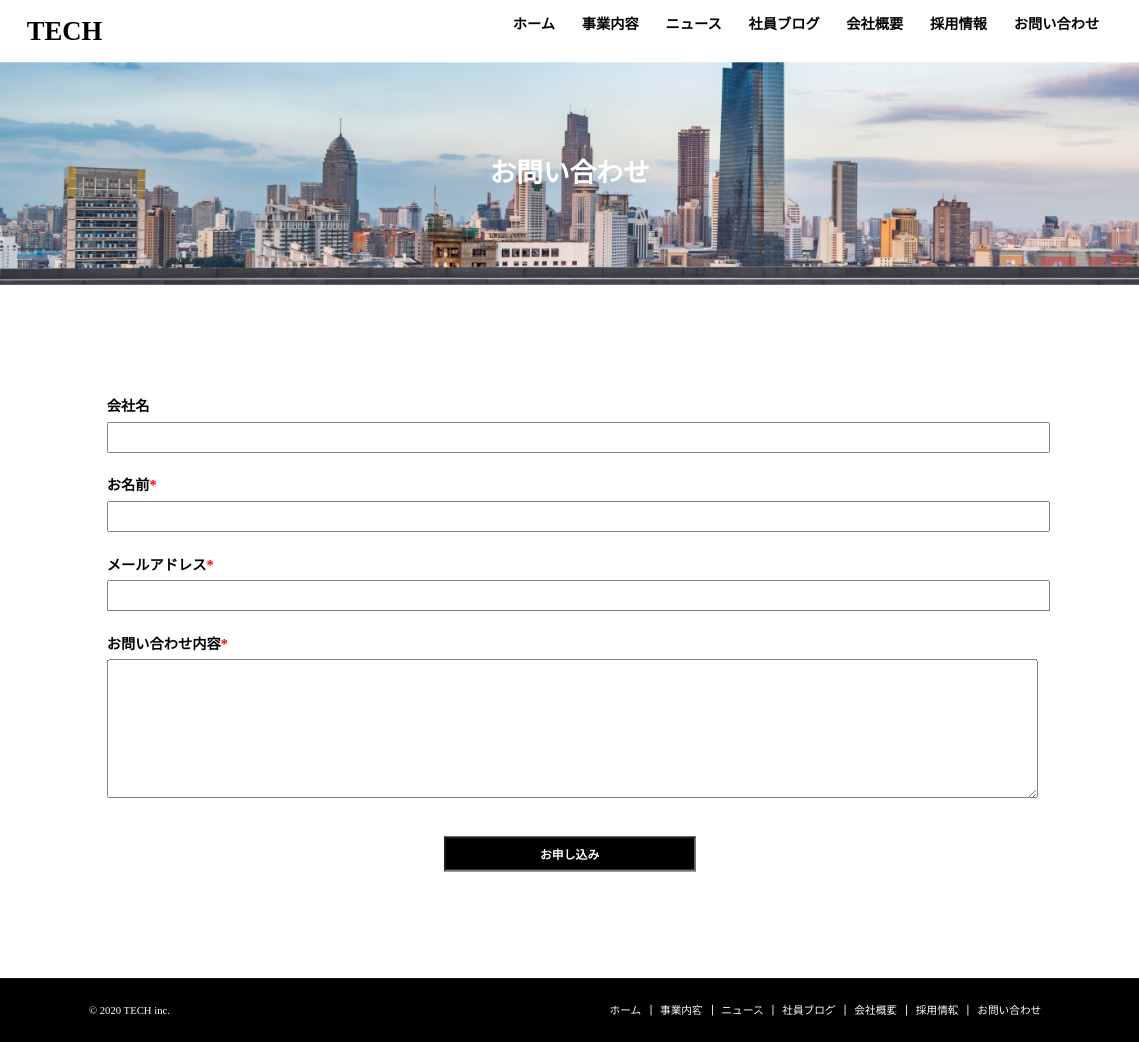
Repository: masanarimiura/20220516_miura
Page: contact.html
These files come from the project's save history. The page is drawn as it stood at one moment and after a run of saves; the edit follows.
The browser window is 1280 px wide. The pictures show the whole page, at 89% of full size.

Above is the page before, as saved 2022-05-14 01:58:28.

### contact.html
<!DOCTYPE html>
<html lang="ja">

<head>
  <meta charset="UTF-8">
  <meta http-equiv="X-UA-Compatible" content="IE=edge">
  <meta name="viewport" content="width=device-width, initial-scale=1.0">
  <title>Document</title>
  <link rel="stylesheet" href="css/reset.css">
  <link rel="stylesheet" href="css/contact.css">
</head>

<body>

  <header class="header">
    <h2 class="header__ttl"><a href="index.html">TECH</a></h2>
    <nav class="header__nav">
      <ul>
        <li><a href="index.html" class="header__nav__item1">ホーム</a></li>
        <li><a href="service.html" class="header__nav__item2">事業内容</a></li>
        <li><a href="news.html" class="header__nav__item3">ニュース</a></li>
        <li><a href="blog.html" class="header__nav__item4">社員ブログ</a></li>
        <li><a href="company.html" class="header__nav__item5">会社概要</a></li>
        <li><a href="recruit.html" class="header__nav__item6">採用情報</a></li>
        <li><a href="contact.html" class="header__nav__item7">お問い合わせ</a></li>
      </ul>
    </nav>
  </header>

  <div class="eyecatch">
    <h2 class="eyecatch__ttl">お問い合わせ</h2>
  </div>

  <div class="form">
    <form action="" class="" method="post">
      <div class="form-item">
        <p class="form-item-label">会社名</p>
        <input type="text" name="company" class="form-item-input">
      </div>
      <div class="form-item">
        <p class="form-item-label">お名前<span>*</span></p>
        <input type="text" name="name" class="form-item-input">
      </div>
      <div class="form-item">
        <p class="form-item-label">メールアドレス<span>*</span></p>
        <input type="text" name="email" class="form-item-input">
      </div>
      <div class="form-item">
        <p class="form-item-label">お問い合わせ内容<span>*</span></p>
        <textarea name="" class="textarea" cols="" rows="10"></textarea>
      </div>
      <input type="text" class="form-btn" value="お申し込み">
    </form>
  </div>

  <footer class="footer">
    <div class="footer__copy">&copy; 2020 TECH inc.</div>
    <ul class="footer__nav">
      <li><a href="index.html" class="footer__nav__item">ホーム</a></li>
      <li><a href="service.html" class="footer__nav__item">事業内容</a></li>
      <li><a href="news.html" class="footer__nav__item">ニュース</a></li>
      <li><a href="blog.html" class="footer__nav__item">社員ブログ</a></li>
      <li><a href="company.html" class="footer__nav__item">会社概要</a></li>
      <li><a href="recruit.html" class="footer__nav__item">採用情報</a></li>
      <li><a href="contact.html" class="footer__nav__item nonborder">お問い合わせ</a></li>
    </ul>
  </footer>

  <script src="js/main.js"></script>
</body>

</html>

### css/reset.css
/*
html5doctor.com Reset Stylesheet
v1.6.1
Last Updated: 2010-09-17
Author: Richard Clark - http://richclarkdesign.com
Twitter: @rich_clark
*/
html,
body,
div,
span,
object,
iframe,
h1,
h2,
h3,
h4,
h5,
h6,
p,
blockquote,
pre,
abbr,
address,
cite,
code,
del,
dfn,
em,
img,
ins,
kbd,
q,
samp,
small,
strong,
sub,
sup,
var,
b,
i,
dl,
dt,
dd,
ol,
ul,
li,
fieldset,
form,
label,
legend,
table,
caption,
tbody,
tfoot,
thead,
tr,
th,
td,
article,
aside,
canvas,
details,
figcaption,
figure,
footer,
header,
hgroup,
menu,
nav,
section,
summary,
time,
mark,
audio,
video {
  margin: 0;
  padding: 0;
  border: 0;
  outline: 0;
  font-size: 100%;
  vertical-align: baseline;
  background: transparent;
}

body {
  line-height: 1;
}

article,
aside,
details,
figcaption,
figure,
footer,
header,
hgroup,
menu,
nav,
section {
  display: block;
}

nav ul {
  list-style: none;
}

blockquote,
q {
  quotes: none;
}

blockquote:before,
blockquote:after,
q:before,
q:after {
  content: "";
  content: none;
}

a {
  margin: 0;
  padding: 0;
  font-size: 100%;
  vertical-align: baseline;
  background: transparent;
}

/* change colours to suit your needs */
ins {
  background-color: #ff9;
  color: #000;
  text-decoration: none;
}

/* change colours to suit your needs */
mark {
  background-color: #ff9;
  color: #000;
  font-style: italic;
  font-weight: bold;
}

del {
  text-decoration: line-through;
}

abbr[title],
dfn[title] {
  border-bottom: 1px dotted;
  cursor: help;
}

table {
  border-collapse: collapse;
  border-spacing: 0;
}

/* change border colour to suit your needs */
hr {
  display: block;
  height: 1px;
  border: 0;
  border-top: 1px solid #cccccc;
  margin: 1em 0;
  padding: 0;
}

input,
select {
  vertical-align: middle;
}

### css/contact.css
h2 {
  font-size: 30px;
  font-weight: bold;
}
h3 {
  font-size: 20px;
  font-weight: bold;
  line-height: 1.5;
}
a {
  text-decoration: none;
}
p {
  line-height: 1.5;
}
.button {
  display: block;
  text-align: center;
  color: #fff;
  font-size: 18px;
  font-weight: bold;
  background-color: rgb(160, 5, 5);
  width: 350px;
  padding: 12px;
}

.header {
  display: flex;
  justify-content: space-between;
  text-align: center;
  padding: 20px 30px;
  position: sticky;
  top: 0;
  background-color: #fff;
  z-index: 1;
}
.header__ttl a {
  color: #000;
}
.header__nav ul {
  display: flex;
  justify-content: space-between;
}
.header__nav ul li {
  padding: 0 15px;
  font-size: 16px;
  font-weight: bold;
}
.header__nav ul li a {
  color: #000;
}

.eyecatch {
  background: url(../img/mv.png) center/cover;
  height: 250px;
  display: flex;
  justify-content: center;
  align-items: center;
}
.eyecatch__ttl {
  color: #fff;
}

.form {
  margin: 120px;
}
.from-itme {
  width: 100%;
}
.form-item-label {
  font-weight: bold;
  padding: 5px 0;
}
.form-item-label span {
  color: red;
}
.form-item-input {
  width: 100%;
  margin-bottom: 20px;
  padding: 8px;
}
.textarea {
  width: 100%;
}
.form-btn {
  margin: 40px auto;
  display: flex;
  justify-content: center;
  text-align: center;
  padding: 10px 50px;
  background: #000;
  color: #fff;
  font-weight: bold;
}

.contact {
  margin-top: 80px;
  background: rgb(233, 233, 233);
  height: 300px;
  display: flex;
  justify-content: center;
  align-items: center;
}
.contact__inner {
  text-align: center;
}
.contact__txt {
  margin-top: 50px;
}
.contact__link {
  margin: 30px auto 0;
}

.footer {
  background: #000;
  display: flex;
  align-items: center;
  justify-content: space-between;
  padding: 20px 100px;
}
.footer__copy {
  font-size: 12px;
  color: #fff;
}
.footer__nav {
  display: flex;
}
.footer__nav__item {
  display: inline-block;
  margin: 10px 0;
  color: #fff;
  font-size: 12px;
  padding: 0 10px;
  border-right: #fff 1px solid;
}
.nonborder {
  border: none;
}

Loaded but not shown: js/main.js (no copy from this time; the picture is the same without it)

After the next 2 saves:
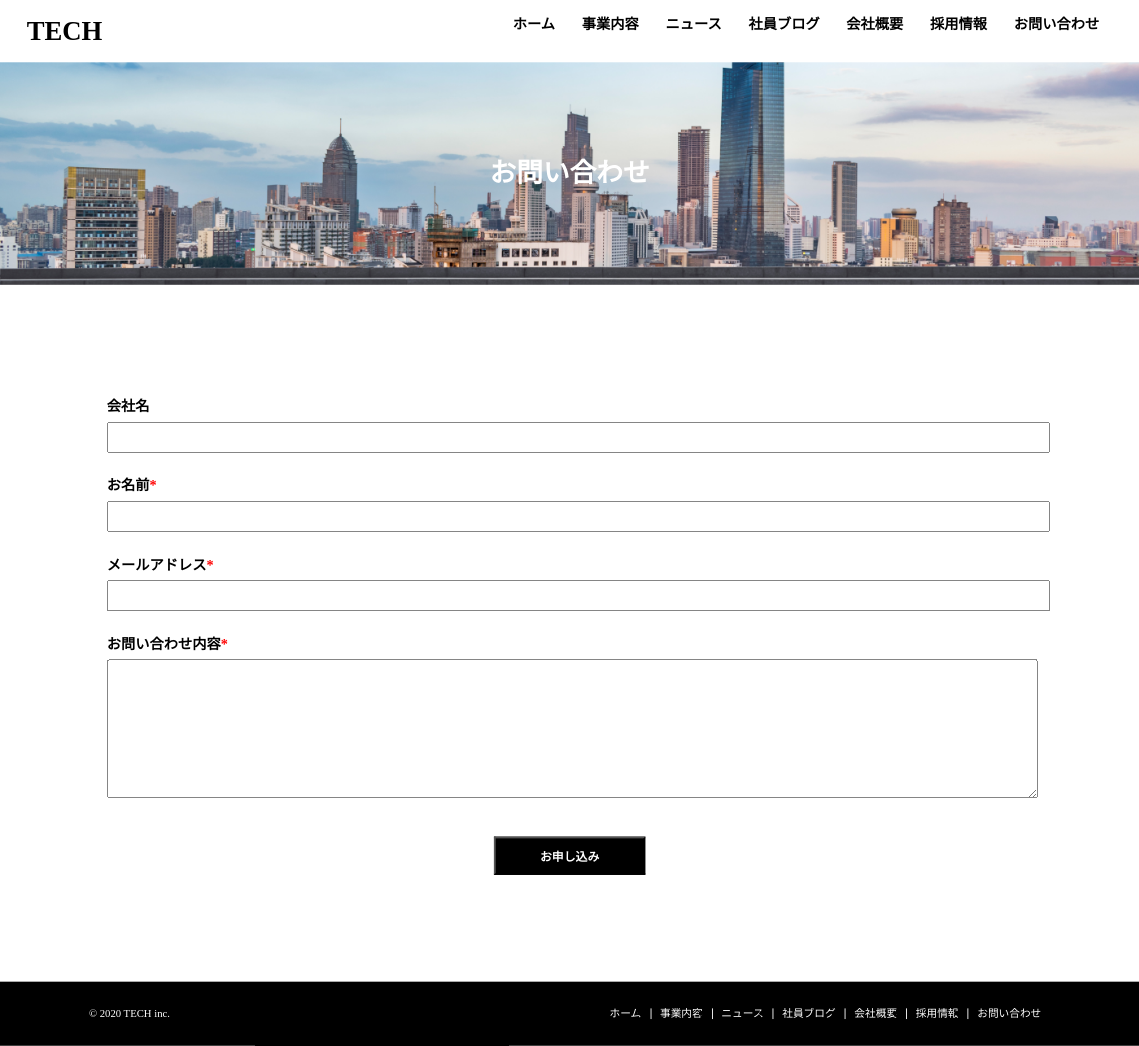
The 2 saves are shown as one change because they came seconds apart.
The last was saved 84 s later.
--- a/contact.html
+++ b/contact.html
@@ -49,7 +49,7 @@
         <p class="form-item-label">お問い合わせ内容<span>*</span></p>
         <textarea name="" class="textarea" cols="" rows="10"></textarea>
       </div>
-      <input type="text" class="form-btn" value="お申し込み">
+      <input type="submit" class="form-btn" value="お申し込み">
     </form>
   </div>
 
